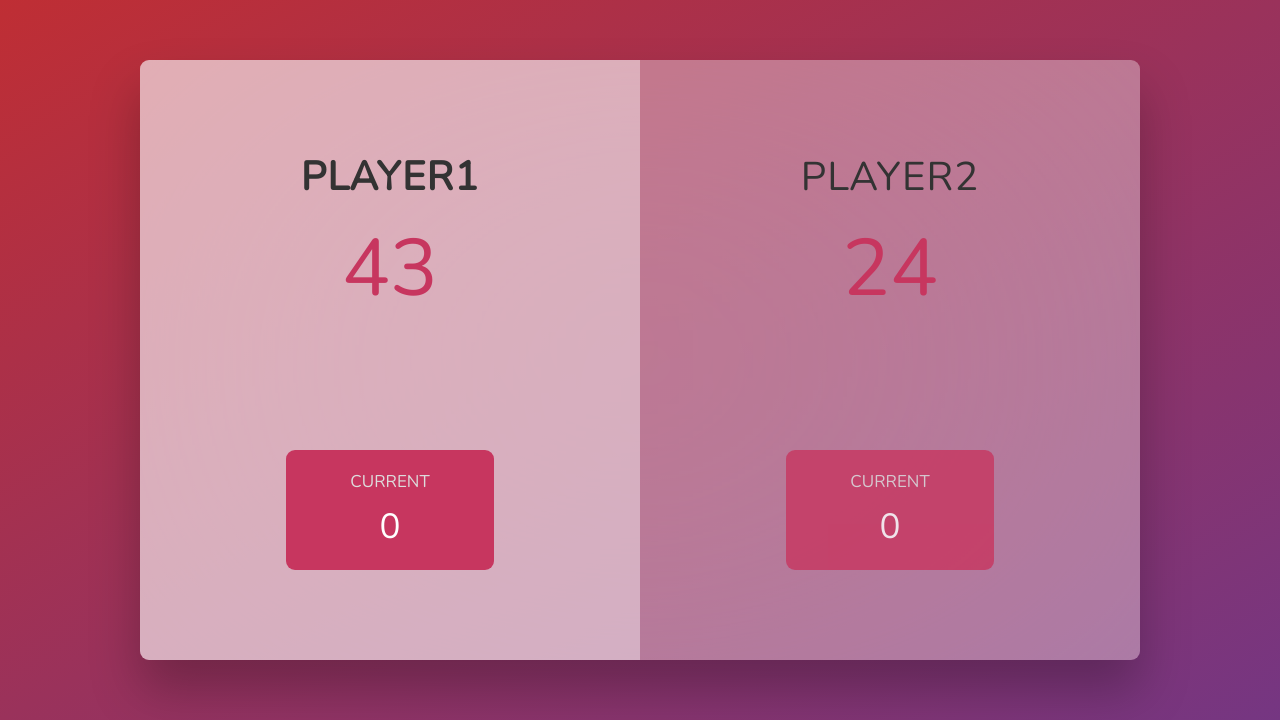
Repository: otvertka/jsc_07
Page: index.html
These files come from the project's save history. The page is drawn as it stood at one moment and after the next save; the edit follows.
The browser window is 1280 px wide. The pictures show the whole page.

Above is the page before, as saved 2022-12-24 13:15:37.

After the next save:
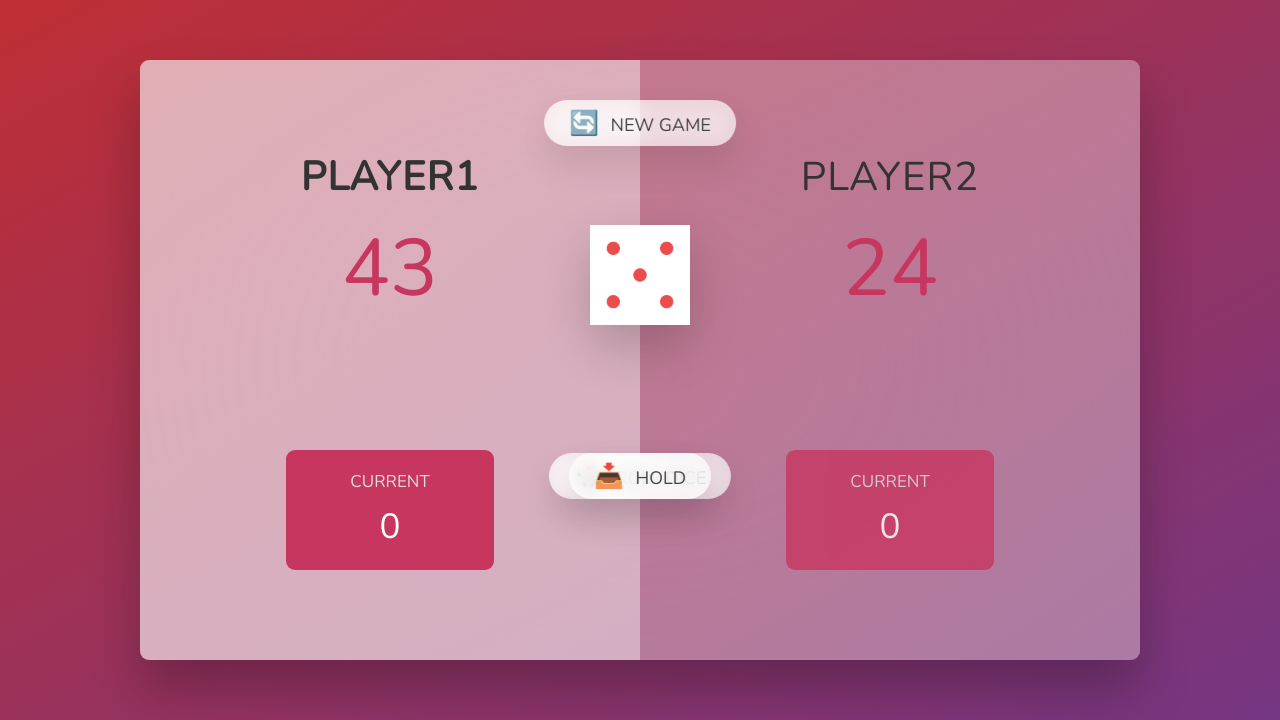
Saved 6 min 41 s later.
--- a/index.html
+++ b/index.html
@@ -25,6 +25,11 @@
           <p class="current-score" id="current--1">0</p>
         </div>
       </section>
+
+      <img src="/dice-5.png" alt="Playing dice" class="dice" />
+      <button class="btn btn--new">🔄 New game</button>
+      <button class="btn btn--roll">🎲 Roll dice</button>
+      <button class="btn btn--roll">📥 Hold</button>
     </main>
     <script src="script.js"></script>
   </body>
